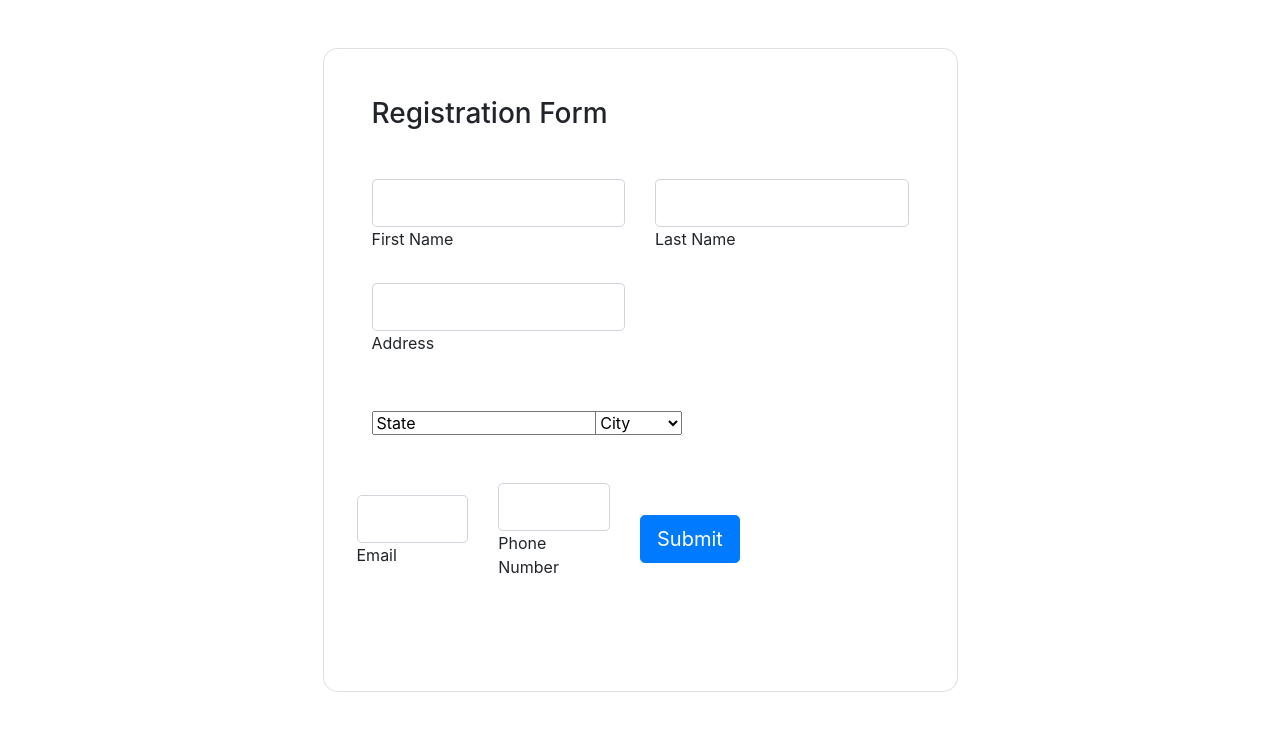
Repository: KeithKeithZ/libapp
Page: http://localhost/userRegister
These files come from the project's save history. The page is drawn as it stood at one moment and after the next save; the edit follows.
The browser window is 1280 px wide. The pictures show the whole page.
The page is served by the project's Laravel application, run on PHP 8.4 with Laravel 8. Other server files are loaded and not shown.

Above is the page before, as saved 2021-12-03 12:53:51.

### routes/web.php
<?php

use Illuminate\Support\Facades\Route;

/*
|--------------------------------------------------------------------------
| Web Routes
|--------------------------------------------------------------------------
|
| Here is where you can register web routes for your application. These
| routes are loaded by the RouteServiceProvider within a group which
| contains the "web" middleware group. Now create something great!
|
*/

Route::get('/', function () {
    return view('welcome');
});

Route::get('/Users', function () {
    return view('users');
});

Route::get('/userLogin', function () {
    return view('userSignIn');
});

Route::get('/userRegister', function () {
    return view('userRegister');
});

### resources/views/userRegister.blade.php
<!DOCTYPE html>
<html lang="{{ str_replace('_', '-', app()->getLocale()) }}">
    <head>
        <title>Bootstrap Example</title>
        <meta charset="utf-8">
        <meta name="viewport" content="width=device-width, initial-scale=1">
        <link rel="stylesheet" href="https://stackpath.bootstrapcdn.com/bootstrap/4.1.3/css/bootstrap.min.css" integrity="sha384-MCw98/SFnGE8fJT3GXwEOngsV7Zt27NXFoaoApmYm81iuXoPkFOJwJ8ERdknLPMO" crossorigin="anonymous">
        <script src="https://code.jquery.com/jquery-3.3.1.slim.min.js" integrity="sha384-q8i/X+965DzO0rT7abK41JStQIAqVgRVzpbzo5smXKp4YfRvH+8abtTE1Pi6jizo" crossorigin="anonymous"></script>
        <script src="https://cdnjs.cloudflare.com/ajax/libs/popper.js/1.14.3/umd/popper.min.js" integrity="sha384-ZMP7rVo3mIykV+2+9J3UJ46jBk0WLaUAdn689aCwoqbBJiSnjAK/l8WvCWPIPm49" crossorigin="anonymous"></script>
        <script src="https://stackpath.bootstrapcdn.com/bootstrap/4.1.3/js/bootstrap.min.js" integrity="sha384-ChfqqxuZUCnJSK3+MXmPNIyE6ZbWh2IMqE241rYiqJxyMiZ6OW/JmZQ5stwEULTy" crossorigin="anonymous"></script>
    </head>

    <section class="vh-100 gradient-custom">
        <div class="container py-5 h-100">
            <div class="row justify-content-center align-items-center h-100">
            <div class="col-12 col-lg-9 col-xl-7">
                <div class="card shadow-2-strong card-registration" style="border-radius: 15px;">
                <div class="card-body p-4 p-md-5">
                    <h3 class="mb-4 pb-2 pb-md-0 mb-md-5">Registration Form</h3>
                    <form>

                    <div class="row">
                        <div class="col-md-6 mb-4">

                        <div class="form-outline">
                            <input type="text" id="firstName" class="form-control form-control-lg" />
                            <label class="form-label" for="firstName">First Name</label>
                        </div>

                        </div>
                        <div class="col-md-6 mb-4">

                        <div class="form-outline">
                            <input type="text" id="lastName" class="form-control form-control-lg" />
                            <label class="form-label" for="lastName">Last Name</label>
                        </div>

                        </div>
                    </div>

                    <div class="row">
                        <div class="col-md-6 mb-4 d-flex align-items-center">

                        <div class="form-outline mb-4">
                            <input type="text" id="form3Example8" class="form-control form-control-lg" />
                            <label class="form-label" for="form3Example8">Address</label>
                        </div>

                        </div>

                        <div class="row">
                            <div class="col-md-6 mb-4 d-flex align-items-center">
                            <div class="col-md-10 mb-4">
                                <select>
                                    <option value="1">State</option>
                                    <option value="2">Alberta</option>
                                    <option value="3">British Columbia</option>
                                    <option value="4">Manitoba</option>
                                    <option value="5">New Brunswick</option>
                                    <option value="6">Newfoundland and Labrador</option>
                                    <option value="7">Northwest Territories</option>
                                    <option value="8">Nova Scotia</option>
                                    <option value="9">Nunavut</option>
                                    <option value="10">Ontario</option>
                                    <option value="11">Prince Edward Island</option>
                                    <option value="12">Quebec</option>
                                    <option value="13">Saskatchewan</option>
                                    <option value="14">Yukon</option>
                                </select>
                            </div>

                            <div class="col-md-6 mb-4">

                                <select class="select">
                                    <option value="1">City</option>
                                    <option value="2">Option 1</option>
                                    <option value="3">Option 2</option>
                                    <option value="4">Option 3</option>
                                </select>
                            </div>
                        </div>

                    <div class="row">
                    <div class="col-md-6 mb-4 d-flex align-items-center">
                        <div class="col-md-6 mb-4 pb-2">

                        <div class="form-outline">
                            <input type="email" id="emailAddress" class="form-control form-control-lg" />
                            <label class="form-label" for="emailAddress">Email</label>
                        </div>

                        </div>
                        <div class="col-md-6 mb-4 pb-2">

                        <div class="form-outline">
                            <input type="tel" id="phoneNumber" class="form-control form-control-lg" />
                            <label class="form-label" for="phoneNumber">Phone Number</label>
                        </div>

                        </div>
                    </div>

                    <div class="mt-4 pt-2">
                        <input class="btn btn-primary btn-lg" type="submit" value="Submit" />
                    </div>

                    </form>
                </div>
                </div>
            </div>
            </div>
        </div>
    </section>

</html>

After the next save:
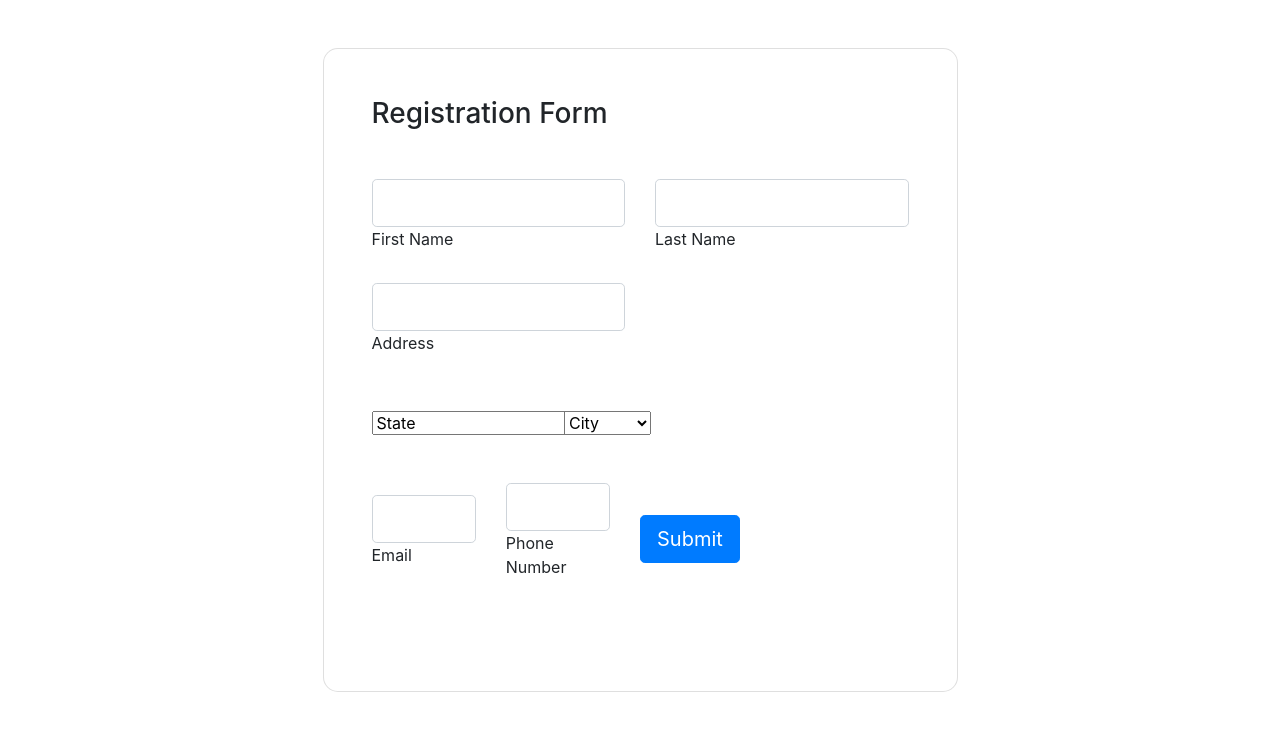
Saved 23 s later.
--- a/resources/views/userRegister.blade.php
+++ b/resources/views/userRegister.blade.php
@@ -50,23 +50,24 @@
 
                         <div class="row">
                             <div class="col-md-6 mb-4 d-flex align-items-center">
-                            <div class="col-md-10 mb-4">
-                                <select>
-                                    <option value="1">State</option>
-                                    <option value="2">Alberta</option>
-                                    <option value="3">British Columbia</option>
-                                    <option value="4">Manitoba</option>
-                                    <option value="5">New Brunswick</option>
-                                    <option value="6">Newfoundland and Labrador</option>
-                                    <option value="7">Northwest Territories</option>
-                                    <option value="8">Nova Scotia</option>
-                                    <option value="9">Nunavut</option>
-                                    <option value="10">Ontario</option>
-                                    <option value="11">Prince Edward Island</option>
-                                    <option value="12">Quebec</option>
-                                    <option value="13">Saskatchewan</option>
-                                    <option value="14">Yukon</option>
-                                </select>
+                                <div class="col-md-10 mb-4">
+                                    <select>
+                                        <option value="1">State</option>
+                                        <option value="2">Alberta</option>
+                                        <option value="3">British Columbia</option>
+                                        <option value="4">Manitoba</option>
+                                        <option value="5">New Brunswick</option>
+                                        <option value="6">Newfoundland and Labrador</option>
+                                        <option value="7">Northwest Territories</option>
+                                        <option value="8">Nova Scotia</option>
+                                        <option value="9">Nunavut</option>
+                                        <option value="10">Ontario</option>
+                                        <option value="11">Prince Edward Island</option>
+                                        <option value="12">Quebec</option>
+                                        <option value="13">Saskatchewan</option>
+                                        <option value="14">Yukon</option>
+                                    </select>
+                                </div>
                             </div>
 
                             <div class="col-md-6 mb-4">
